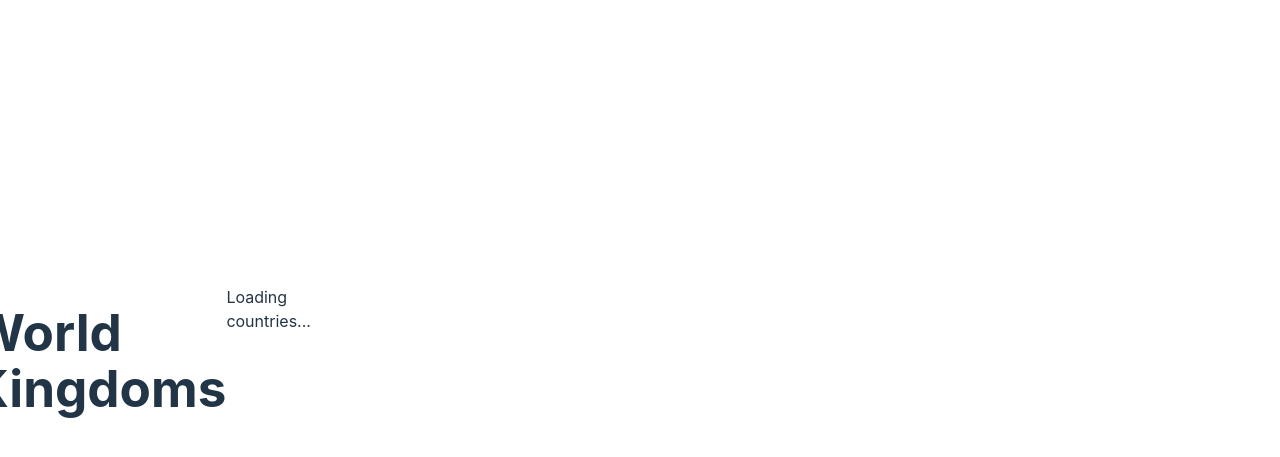
Repository: MelissaJacobi/lab-07
Page: /countries
These files come from the project's save history. The page is drawn as it stood at one moment and after the next save; the edit follows.
The browser window is 1280 px wide. The pictures show the whole page.
The page's requests for data from a server got no answer. The project was rebuilt for these pictures with package versions that can differ from the ones it lists, and the page was loaded fresh each time. No one was signed in, and anything a server would have sent is missing. Also part of the build but not shown: vite.config.js, src/components/Details.module.css, src/components/Details.jsx.

Above is the page before, as saved 2024-11-23 22:12:06.

After the next save:
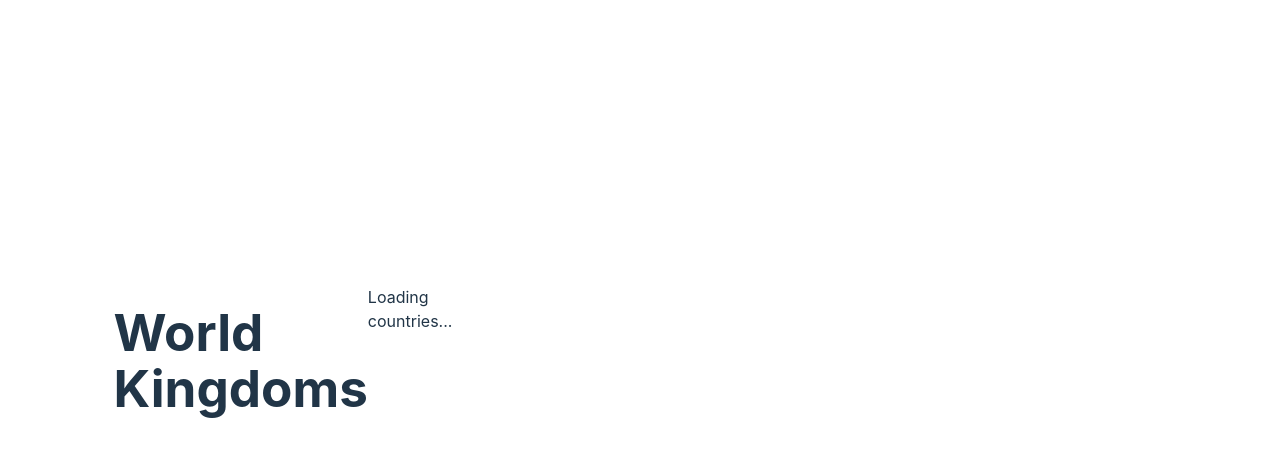
Saved 8 s later.
--- a/src/components/Countries.module.css
+++ b/src/components/Countries.module.css
@@ -2,4 +2,5 @@
     width: 50%;
     display: flex;
     justify-content: center;
+    margin: auto;
 }
